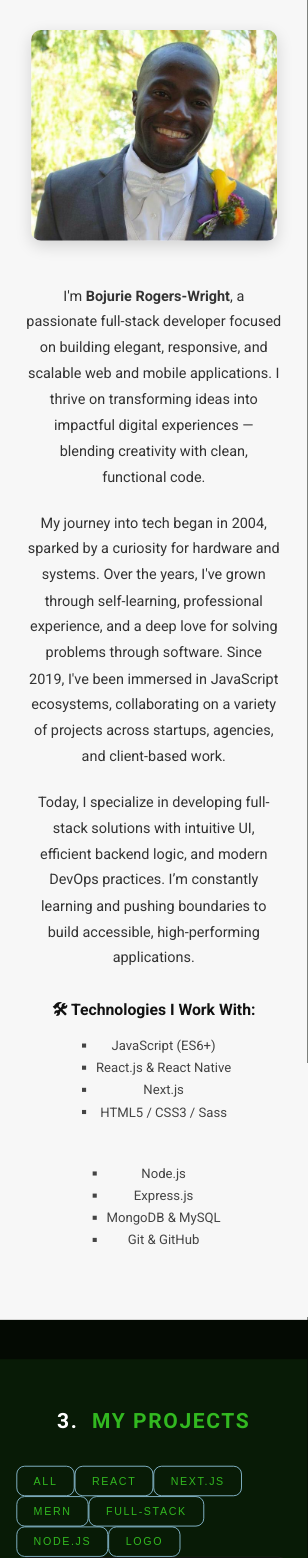
Repository: Bojurie/Portfolio_2022
Page: /
These files come from the project's save history. The page is drawn as it stood at one moment and after the next save; the edit follows.
The browser window is 375 px wide. The pictures show the part of the page from y = 563 to 2463 px (the page is 6346 px tall before and 6354 px after), at 82% of full size.
Pictures or frames that could not be fetched are drawn as grey boxes. The project was rebuilt for these pictures with package versions that can differ from the ones it lists, and the page was loaded fresh each time. Also part of the build but not shown: src/component/pages/Resume.css, src/component/pages/Resume.js. Imported but missing from the stored project, and not drawn on this page: src/component/Resume.pdf, src/component/images/video.mp4, src/component/videos/Screen Recording 2022-04-01 at 8.22.57 PM.mov, src/component/videos/Screen Recording 2022-04-01 at 8.23.25 PM.mov, src/component/videos/Screen Recording 2022-04-01 at 8.25.20 PM.mov, src/component/videos/Screen Recording 2022-04-01 at 8.27.28 PM.mov, src/component/videos/Screen Recording 2022-04-01 at 8.28.35 PM.mov, src/component/videos/Screen Recording 2022-04-01 at 8.30.37 PM.mov and 3 more.

Above is the page before, as saved 2025-04-21 04:08:30.

### public/index.html
<!DOCTYPE html>
<html lang="en">
  <head>
    <meta charset="utf-8" />
    <link rel="icon" href="%PUBLIC_URL%/favicon.ico" />
    <meta name="viewport" content="width=device-width, initial-scale=1" />
    <meta name="theme-color" content="#000000" />
    <meta
      name="description"
      content="Web site created using create-react-app"
    />
    <link rel="apple-touch-icon" href="%PUBLIC_URL%/logo192.png" />


    <link rel="manifest" href="%PUBLIC_URL%/manifest.json" />
    <!--
      Notice the use of %PUBLIC_URL% in the tags above.
      It will be replaced with the URL of the `public` folder during the build.
      Only files inside the `public` folder can be referenced from the HTML.

      Unlike "/favicon.ico" or "favicon.ico", "%PUBLIC_URL%/favicon.ico" will
      work correctly both with client-side routing and a non-root public URL.
      Learn how to configure a non-root public URL by running `npm run build`.
    -->
    <title>Bojurie Rogers-Wright | | Tech</title>
     <link rel="shortcut icon" href="%PUBLIC_URL%/favicon.ico">
    <link rel="apple-touch-icon" sizes="180x180" href="/apple-touch-icon.png">
    <link rel="icon" type="image/png" sizes="32x32" href="/favicon-32x32.png">
    <link rel="icon" type="image/png" sizes="16x16" href="/favicon-16x16.png">
    <link rel="manifest" href="/site.webmanifest">


    <link rel="preconnect" href="https://fonts.googleapis.com">
    <link rel="preconnect" href="https://fonts.gstatic.com" crossorigin>
    <link href="https://fonts.googleapis.com/css2?family=Montserrat:ital,wght@0,100;0,200;0,300;0,400;0,500;0,600;0,700;0,800;0,900;1,100;1,200;1,300;1,400;1,500;1,600;1,700;1,800;1,900&family=Roboto:ital,wght@0,300;0,400;0,500;0,700;1,300&display=swap" rel="stylesheet">
  </head>
  <body>
    <noscript>You need to enable JavaScript to run this app.</noscript>
    <div id="root"></div>

   <script>

   </script>
  </body>
</html>

### src/index.js
import React from 'react';
import ReactDOM from 'react-dom';
import App from './App'

ReactDOM.render(
  <React.StrictMode>
      <App />
  </React.StrictMode>,
  document.getElementById("root"))

### src/App.js
import React from "react";
import { BrowserRouter as Router, Routes, Route } from "react-router-dom";
import { AnimatePresence, motion } from "framer-motion";

import Home from "./component/pages/Home";
import About from "./component/pages/About";
import Project from "./component/pages/Project";
import Contact from "./component/pages/Contact";
import Resume from "./component/pages/Resume";
import Header from "./component/Header";
import Footer from "./component/pages/Footer";
import "./App.css";

const App = () => {
  return (
    <Router>
      <div className="app">
        <Header />
        <AnimatePresence mode="wait">
          <Routes>
            <Route
              path="/"
              element={
                <motion.div
                  initial={{ opacity: 0 }}
                  animate={{ opacity: 1 }}
                  exit={{ opacity: 0 }}
                >
                  <Home />
                </motion.div>
              }
            />
            <Route
              path="/about"
              element={
                <motion.div
                  initial={{ opacity: 0 }}
                  animate={{ opacity: 1 }}
                  exit={{ opacity: 0 }}
                >
                  <About />
                </motion.div>
              }
            />
            <Route
              path="/project"
              element={
                <motion.div
                  initial={{ opacity: 0 }}
                  animate={{ opacity: 1 }}
                  exit={{ opacity: 0 }}
                >
                  <Project />
                </motion.div>
              }
            />
            <Route
              path="/contact"
              element={
                <motion.div
                  initial={{ opacity: 0 }}
                  animate={{ opacity: 1 }}
                  exit={{ opacity: 0 }}
                >
                  <Contact />
                </motion.div>
              }
            />
            <Route
              path="/resume"
              element={
                <motion.div
                  initial={{ opacity: 0 }}
                  animate={{ opacity: 1 }}
                  exit={{ opacity: 0 }}
                >
                  <Resume />
                </motion.div>
              }
            />
          </Routes>
        </AnimatePresence>
        <Footer />
      </div>
    </Router>
  );
};

export default App;

### src/component/pages/Home.js
import React from "react";
import Hero from "../Hero";
import About from "./About";
import Project from "./Project";
import Contact from "./Contact";
import "./Home.css";

const Home = () => {
  return (
    <main className="home">
      <Hero />
      <About />
      <Project />
      <Contact />
    </main>
  );
};

export default Home;

### src/component/pages/About.js
import React from "react";
import "./About.css";
import image from "../images/IMG_0699-2.jpg";

const About = () => {
  return (
    <section className="about-section" id="about">
      <div className="about-container">
        <h2 className="about-title">
          <span className="highlighted">2.</span> About Me
        </h2>

        <div className="about-content">
          <div className="about-image">
            <img src={image} alt="Bojurie Rogers-Wright" />
          </div>

          <div className="about-text">
            <p>
              I'm <strong>Bojurie Rogers-Wright</strong>, a passionate
              full-stack developer focused on building elegant, responsive, and
              scalable web and mobile applications. I thrive on transforming
              ideas into impactful digital experiences — blending creativity
              with clean, functional code.
            </p>

            <p>
              My journey into tech began in 2004, sparked by a curiosity for
              hardware and systems. Over the years, I've grown through
              self-learning, professional experience, and a deep love for
              solving problems through software. Since 2019, I've been immersed
              in JavaScript ecosystems, collaborating on a variety of projects
              across startups, agencies, and client-based work.
            </p>

            <p>
              Today, I specialize in developing full-stack solutions with
              intuitive UI, efficient backend logic, and modern DevOps
              practices. I’m constantly learning and pushing boundaries to build
              accessible, high-performing applications.
            </p>

            <h3 className="skills-heading">🛠 Technologies I Work With:</h3>

            <div className="about-skills">
              <ul>
                <li>JavaScript (ES6+)</li>
                <li>React.js & React Native</li>
                <li>Next.js</li>
                <li>HTML5 / CSS3 / Sass</li>
              </ul>
              <ul>
                <li>Node.js</li>
                <li>Express.js</li>
                <li>MongoDB & MySQL</li>
                <li>Git & GitHub</li>
              </ul>
            </div>
          </div>
        </div>
      </div>
    </section>
  );
};

export default About;

### src/component/pages/Contact.js
import React, { useState, useRef } from "react";
import emailjs from "@emailjs/browser";
import Button from "../Button";
import "./Contact.css";

const Contact = () => {
  const form = useRef();
  const [submitted, setSubmitted] = useState(false);

  const sendEmail = (e) => {
    e.preventDefault();

    emailjs
      .sendForm(
        "service_sgy2c6a",
        "template_hlu2f0r",
        form.current,
        "user_ekwueKu8ixfoPD5a4qf2n"
      )
      .then(
        (result) => {
          console.log(result.text);
          setSubmitted(true);
        },
        (error) => {
          console.log(error.text);
        }
      );

    e.target.reset();
  };

  return (
    <section className="contact-section" id="contact">
      <div className="contact-container">
        <h2 className="contact-title">
          <span className="highlighted">4.</span> Contact
        </h2>

        <div className="contact-wrapper">
          <div className="contact-info">
            <h3>Let’s Talk</h3>
            <p>
              Have a question, collaboration idea, or just want to connect? Send
              me a message and I’ll get back to you as soon as I can.
            </p>
          </div>

          <form ref={form} onSubmit={sendEmail} className="contact-form">
            {submitted && (
              <p className="success-message">
                ✅ Message sent! Thanks for reaching out.
              </p>
            )}

            <div className="form-group">
              <label htmlFor="name">Your Name</label>
              <input type="text" name="name" id="name" required />
            </div>

            <div className="form-group">
              <label htmlFor="email">Email Address</label>
              <input type="email" name="email" id="email" required />
            </div>

            <div className="form-group">
              <label htmlFor="message">Your Message</label>
              <textarea
                name="message"
                id="message"
                rows="6"
                required
              ></textarea>
            </div>

            <Button type="submit">Send Message</Button>
          </form>
        </div>
      </div>
    </section>
  );
};

export default Contact;

### src/component/Header.js
import React from "react";
import Navbar from "./Navbar";
import "./Header.css";

const Header = () => {
  return (
    <header className="header">
      <Navbar />
    </header>
  );
};

export default Header;

### src/component/pages/Footer.js
import React from "react";
import SocialFollow from "../../SocialFollow";
import "./Footer.css";

const Footer = () => {
  const year = new Date().getFullYear();

  return (
    <footer className="footer">
      <div className="container">
        <div className="footer-wrapper">
          <SocialFollow />
          <p className="footer-copy">
            © {year} Bojurie Rogers-Wright. All Rights Reserved.
          </p>
        </div>
      </div>
    </footer>
  );
};

export default Footer;

### src/App.css
* {
  margin: 0;
  padding: 0;
  box-sizing: border-box;
}

body {
  font-family: 'Roboto', sans-serif;
  background-color: rgb(4, 10, 3);
}

.container {
  padding: 0 60px;
}

h1 {
  text-transform: uppercase;
  letter-spacing: 2px;
  font-size: 30px;
  text-align: center;
}

/* hr {
  width: 140px;
  background-color: black;
} */

.navBar {
  position: relative;
}

.navBar button {
  position: fixed;
  left: 40px;
  top: 40px;
  z-index: 10;
  cursor: pointer;
}

.menuNav {
  overflow-y: scroll;
  list-style: none;
  position: fixed;
  top: 0;
  background-image: linear-gradient(rgb(8, 27, 6), rgb(50, 185, 32));
  left: 0;
  bottom: 0;
  height: 100vh;
  width: 0;
  overflow: hidden;
  max-width: 290px;
  z-index: 9;
}

.menuNav.showMenu {
  width: 100%;
}

a {
  display: flex;
  padding: 30px;
  text-decoration: none;
  text-transform: uppercase;
  font-weight: bold;
}

.menuNav li:first-child {
  margin-top: 7rem;
}

@media screen and (max-width: 414px) {
  .container {
  padding: 0px;
}
}

### src/component/Hero.js
import React from "react";
import "./Hero.css";
import backgroundVideo from "./images/video.mp4";
import Button from "./Button";

const Hero = () => {
  return (
    <section className="hero-container">
      <div className="hero-overlay">
        <video autoPlay loop muted playsInline className="hero-video">
          <source src={backgroundVideo} type="video/mp4" />
          Your browser does not support the video tag.
        </video>
      </div>

      <div className="hero-content">
        <h3>Welcome to</h3>
        <h2>B-Wright Codes</h2>
        <p>
          Creating beautiful Web and Mobile applications with different
          functionalities while keeping the code clean.
        </p>
        <Button>View Code Work</Button>
      </div>
    </section>
  );
};

export default Hero;

### src/component/pages/Home.css
.home {
  scroll-behavior: smooth;
  /* background-color: #fff; */
  color: #000;
}



@media screen and (max-width: 768px) {
  section {
    margin-bottom: 3rem;
  }
}

### src/component/pages/About.css
.about-section {
  background-color: #f7f7f7;
  padding: 5rem 2rem;
}

.about-container {
  max-width: 1200px;
  margin: 0 auto;
}

.about-title {
  font-size: 2.5rem;
  font-weight: 700;
  margin-bottom: 3rem;
  text-align: left;
  color: #222;
}

.highlighted {
  color: #32b920;
  margin-right: 0.5rem;
}

.about-content {
  display: flex;
  align-items: flex-start;
  gap: 3rem;
  flex-wrap: wrap;
}

.about-image img {
  max-width: 300px;
  width: 100%;
  border-radius: 12px;
  object-fit: cover;
  box-shadow: 0 6px 20px rgba(0, 0, 0, 0.15);
}

.about-text {
  flex: 1;
  min-width: 280px;
}

.about-text p {
  font-size: 1.1rem;
  line-height: 1.8;
  margin-bottom: 1.5rem;
  color: #333;
}

.skills-heading {
  font-size: 1.2rem;
  margin-top: 2rem;
  font-weight: 600;
  color: #111;
}

.about-skills {
  display: flex;
  gap: 3rem;
  flex-wrap: wrap;
  margin-top: 1rem;
}

.about-skills ul {
  list-style-type: square;
  padding-left: 1.5rem;
}

.about-skills li {
  font-size: 1rem;
  margin-bottom: 0.5rem;
  color: #444;
}

/* Responsive */
@media screen and (max-width: 768px) {
  .about-content {
    flex-direction: column;
    align-items: center;
    text-align: center;
  }

  .about-title {
    text-align: center;
  }

  .about-skills {
    justify-content: center;
  }
}

### src/component/pages/Project.css
.project {
  padding: 100px 40px;
  background-color: #081b06;
  color: white;
}

.container {
  max-width: 1440px;
  margin: 0 auto;
}

.project-heading {
  font-size: 2.5rem;
  text-align: center;
  margin-bottom: 4rem;
  text-transform: uppercase;
  letter-spacing: 2px;
  color: #32b920;
}

.highlighted {
  color: white;
  margin-right: 0.5rem;
}

.project-grid {
  display: grid;
  grid-template-columns: repeat(auto-fit, minmax(320px, 1fr));
  gap: 2rem;
  padding: 0 20px;
}

.project-box {
  position: relative;
  width: 100%;
  aspect-ratio: 16 / 9;
  overflow: hidden;
  border-radius: 16px;
  background-color: #000;
  transition: transform 0.3s ease, box-shadow 0.3s ease;
  border: 1px solid rgba(255, 255, 255, 0.1);
  cursor: pointer;
}

.project-box:hover {
  transform: scale(1.03);
  box-shadow: 0 0 15px rgba(50, 185, 32, 0.2);
}

.project-video {
  width: 100%;
  height: 100%;
  object-fit: cover;
  display: block;
  border-radius: 16px;
  transition: filter 0.3s ease;
}

.project-box:hover .project-video {
  filter: brightness(1.05);
}

.project-label {
  position: absolute;
  bottom: 10px;
  left: 16px;
  background-color: rgba(0, 0, 0, 0.6);
  padding: 6px 12px;
  font-size: 1rem;
  font-weight: 500;
  color: #fff;
  border-radius: 8px;
  z-index: 2;
}

/* Tablet */
@media screen and (max-width: 992px) {
  .project-heading {
    font-size: 2rem;
  }

  .project-grid {
    gap: 1.5rem;
  }
}

/* Mobile */
@media screen and (max-width: 576px) {
  .project {
    padding: 60px 20px;
  }

  .project-heading {
    font-size: 1.6rem;
    margin-bottom: 2.5rem;
  }

  .project-grid {
    padding: 0;
  }

  .project-box {
    aspect-ratio: 4 / 3;
  }

  .project-label {
    font-size: 0.85rem;
    padding: 5px 10px;
  }
}

### src/component/Button.js
import React from 'react'
import './Button.css';

const Button = ({children,type, onClick}) => {
  return (
    <div className='button'>
        <button onClick={onClick} type={type}>
          {children}
        </button>
    </div>
  )
}

export default Button

### src/component/pages/Contact.css
.contact-section {
  background-color: #32b920;
  padding: 100px 20px;
  color: #fff;
}

.contact-container {
  max-width: 900px;
  margin: 0 auto;
}

.contact-title {
  font-size: 2.5rem;
  font-weight: 700;
  margin-bottom: 2rem;
  text-align: center;
}

.highlighted {
  color: #fff;
  margin-right: 0.5rem;
}

.contact-wrapper {
  display: flex;
  flex-direction: column;
  gap: 2rem;
  background: #fff;
  color: #000;
  padding: 2rem;
  border-radius: 12px;
  box-shadow: 0 6px 20px rgba(0, 0, 0, 0.15);
}

.contact-info h3 {
  font-size: 1.8rem;
  margin-bottom: 0.5rem;
}

.contact-info p {
  font-size: 1.1rem;
  line-height: 1.8;
}

.contact-form {
  display: flex;
  flex-direction: column;
  gap: 1.5rem;
}

.form-group {
  display: flex;
  flex-direction: column;
}

.form-group label {
  font-weight: 600;
  margin-bottom: 0.5rem;
}

.form-group input,
.form-group textarea {
  padding: 0.75rem 1rem;
  font-size: 1rem;
  border: 1px solid #ccc;
  border-radius: 6px;
  background-color: #f7f7f7;
  transition: border-color 0.3s ease;
}

.form-group input:focus,
.form-group textarea:focus {
  border-color: #32b920;
  outline: none;
  background-color: #fff;
}

.success-message {
  background-color: #eaffea;
  color: #2e7d32;
  padding: 1rem;
  border-left: 4px solid #2e7d32;
  border-radius: 6px;
  font-size: 1rem;
  font-weight: 500;
}

/* Responsive Styles */
@media screen and (max-width: 768px) {
  .contact-title {
    font-size: 2rem;
  }

  .contact-wrapper {
    padding: 1.5rem;
  }

  .contact-info h3 {
    font-size: 1.5rem;
  }
}

@media screen and (max-width: 480px) {
  .contact-wrapper {
    padding: 1rem;
  }

  .contact-title {
    font-size: 1.6rem;
  }

  .form-group input,
  .form-group textarea {
    font-size: 0.95rem;
  }
}

### src/component/Header.css
.header {
  width: 100%;
  background-color: #000;
  padding: 10px 0;
  z-index: 1000;
  position: relative;
}

### src/SocialFollow.js
import React from "react";
import { FontAwesomeIcon } from "@fortawesome/react-fontawesome";
import {
  faFacebook,
  faInstagram,
  faGithub,
  faLinkedinIn,
} from "@fortawesome/free-brands-svg-icons";
import "./SocialFollow.css";

const SocialFollow = () => {
  return (
    <div className="social-container">
      <h3>Connect with Me</h3>
      <a
        href="https://www.linkedin.com/in/bojurie-rogers-wright/"
        className="linkedin social"
        target="_blank"
        rel="noopener noreferrer"
      >
        <FontAwesomeIcon icon={faLinkedinIn} size="2x" />
      </a>
      <a
        href="https://www.facebook.com/bojurie.rogers/"
        className="facebook social"
        target="_blank"
        rel="noopener noreferrer"
      >
        <FontAwesomeIcon icon={faFacebook} size="2x" />
      </a>
      <a
        href="https://www.instagram.com/bwrightcodes/"
        className="instagram social"
        target="_blank"
        rel="noopener noreferrer"
      >
        <FontAwesomeIcon icon={faInstagram} size="2x" />
      </a>
      <a
        href="https://github.com/Bojurie"
        className="github social"
        target="_blank"
        rel="noopener noreferrer"
      >
        <FontAwesomeIcon icon={faGithub} size="2x" />
      </a>
    </div>
  );
};

export default SocialFollow;

### src/component/pages/Footer.css
.footer {
  background-color: rgba(18, 51, 15, 0.95);
  padding: 40px 20px;
  text-align: center;
  color: white;
  position: relative;
}

.footer-wrapper {
  display: flex;
  flex-direction: column;
  align-items: center;
  gap: 20px;
}

.footer-copy {
  font-size: 0.95rem;
  color: #ccc;
  margin-top: 10px;
}

/* Optional subtle border at the top */
.footer::before {
  content: "";
  display: block;
  height: 2px;
  width: 60px;
  background-color: #32b920;
  margin: 0 auto 20px;
}

/* Responsive */
@media screen and (max-width: 768px) {
  .footer-wrapper {
    gap: 15px;
  }

  .footer-copy {
    font-size: 0.85rem;
  }
}

### src/component/Hero.css
.hero-container {
  position: relative;
  width: 100%;
  /* height: 100vh; */
  display: flex;
  align-items: center;
  justify-content: center;
  overflow: hidden;
  color: white;
}

.hero-overlay {
  position: absolute;
  top: 0;
  left: 0;
  width: 100%;
  height: 100%;
  z-index: -1;
}

.hero-video {
  width: 100%;
  height: 100%;
  object-fit: cover;
  filter: brightness(0.5);
}

.hero-content {
  z-index: 1;
  max-width: 800px;
  padding: 2rem;
  text-align: center;
  background: rgba(0, 0, 0, 0.4);
  backdrop-filter: blur(6px);
  border-radius: 12px;
  animation: fadeIn 1.2s ease-in-out;
}

.hero-content h3 {
  font-size: 1.5rem;
  letter-spacing: 2px;
  margin-bottom: 0.5rem;
}

.hero-content h2 {
  font-size: 3rem;
  font-family: "Roboto", sans-serif;
  font-weight: 600;
  letter-spacing: 3px;
  margin-bottom: 1rem;
}

.hero-content p {
  font-size: 1.2rem;
  line-height: 1.6;
  margin-bottom: 2rem;
}

.hero-content button {
  padding: 0.8rem 2rem;
  font-size: 1rem;
  background-color: #32b920;
  color: white;
  border: none;
  border-radius: 6px;
  cursor: pointer;
  transition: all 0.3s ease;
}

.hero-content button:hover {
  background-color: #2a9f1a;
  transform: scale(1.05);
}

/* Animations */
@keyframes fadeIn {
  0% {
    opacity: 0;
    transform: translateY(30px);
  }
  100% {
    opacity: 1;
    transform: translateY(0);
  }
}

/* Tablet */
@media screen and (max-width: 768px) {
  .hero-content h2 {
    font-size: 2.2rem;
  }

  .hero-content p {
    font-size: 1.1rem;
  }

  .hero-content {
    padding: 1.5rem;
  }
}

/* Mobile */
@media screen and (max-width: 480px) {
  .hero-content h2 {
    font-size: 1.6rem;
  }

  .hero-content h3 {
    font-size: 1rem;
  }

  .hero-content p {
    font-size: 1rem;
  }

  .hero-content {
    width: 90%;
    padding: 1rem;
  }
}

### src/component/Button.css
button {
  padding: 15px 40px;
  font-size: 15px;
  border-radius: 10px;
  background-color: rgb(8, 27, 6);
  color: rgb(50, 185, 32);
  letter-spacing: 2px;
  text-transform: uppercase;
  border: 1px solid rgb(152, 207, 233);
}


@media screen and (max-width: 414px) {
  button {
    padding: 10px 20px;
    font-size: 13px;
  }
}

### src/component/Navbar.css
.Navbar {
  display: flex;
  justify-content: space-between;
  align-items: center;
  padding: 0 2rem;
  height: 100px;
  color: white;
  position: relative;
  background-color: #000;
}

.logo a {
  color: white;
  text-decoration: none;
  font-size: 1.8rem;
  font-weight: bold;
}

.menu-toggle {
  background: none;
  border: none;
  color: white;
  font-size: 2rem;
  cursor: pointer;
  display: none;
}

/* Desktop Menu */
.nav-links-desktop {
  display: flex;
  gap: 2rem;
  list-style: none;
}

.nav-links-desktop li a {
  text-decoration: none;
  color: white;
  font-weight: 600;
  font-size: 1rem;
  transition: color 0.3s ease;
}

.nav-links-desktop li a:hover {
  color: #32b920;
}

.resume a {
  border: 1px solid white;
  padding: 6px 12px;
  border-radius: 4px;
}

/* Mobile Menu */
.nav-links-mobile {
  list-style: none;
  display: flex;
  flex-direction: column;
  position: absolute;
  top: 100px;
  left: 0;
  width: 100%;
  background-color: #000;
  overflow: hidden;
  z-index: 10;
  padding: 1rem 0;
}

.nav-links-mobile li {
  padding: 1rem;
  text-align: center;
}

.nav-links-mobile li a {
  color: white;
  text-decoration: none;
  font-size: 1.2rem;
  font-weight: 500;
}

.nav-links-mobile li a:hover {
  color: #32b920;
}

/* Show Toggle & Hide Desktop Links on Mobile */
@media screen and (max-width: 768px) {
  .menu-toggle {
    display: block;
  }

  .nav-links-desktop {
    display: none;
  }
}

### src/SocialFollow.css
.social-container {
  padding: 10px 0;
}

.social-container h3 {
  margin-bottom: 10px;
  font-size: 1.2rem;
  color: #32b920;
}

a.social {
  margin: 0 0.75rem;
  transition: transform 250ms ease, color 250ms ease;
  display: inline-block;
  color: #32b920;
}

a.social:hover {
  transform: translateY(-4px);
  color: white;
}

@media screen and (max-width: 414px) {
  .social-container h3 {
    font-size: 1rem;
  }

  a.social {
    margin: 0 0.5rem;
  }
}

Loaded but not shown: src/component/pages/Project.js (107 lines, source omitted); src/component/Navbar.js (93 lines, source omitted)

After the next save:
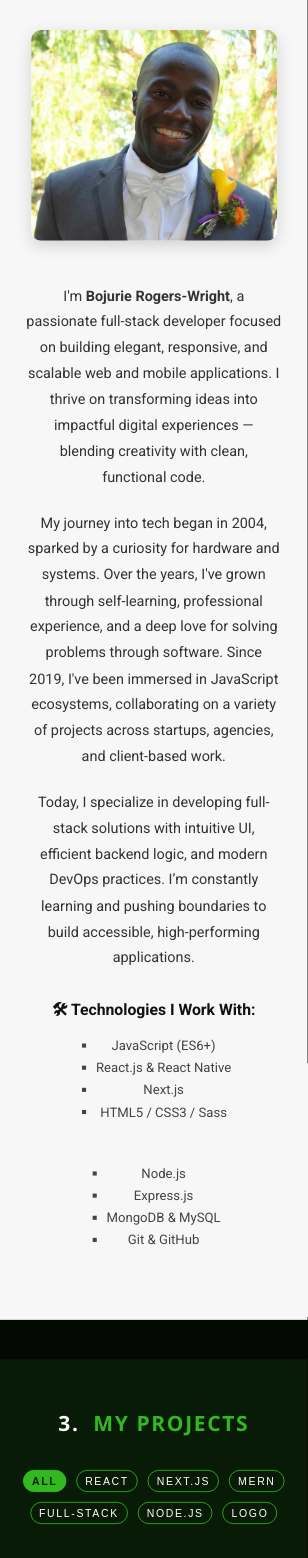
Saved 19 h 17 min later.
--- a/src/component/pages/Project.css
+++ b/src/component/pages/Project.css
@@ -2,6 +2,7 @@
   padding: 100px 40px;
   background-color: #081b06;
   color: white;
+  font-family: 'Segoe UI', Tahoma, Geneva, Verdana, sans-serif;
 }
 
 .container {
@@ -12,7 +13,7 @@
 .project-heading {
   font-size: 2.5rem;
   text-align: center;
-  margin-bottom: 4rem;
+  margin-bottom: 2rem;
   text-transform: uppercase;
   letter-spacing: 2px;
   color: #32b920;
@@ -21,6 +22,32 @@
 .highlighted {
   color: white;
   margin-right: 0.5rem;
+}
+
+.project-tabs {
+  display: flex;
+  justify-content: center;
+  flex-wrap: wrap;
+  gap: 12px;
+  margin-bottom: 3rem;
+}
+
+.tab-button {
+  background-color: transparent;
+  border: 1px solid #32b920;
+  color: white;
+  padding: 8px 16px;
+  border-radius: 20px;
+  font-weight: 500;
+  cursor: pointer;
+  transition: all 0.3s ease;
+}
+
+.tab-button.active,
+.tab-button:hover {
+  background-color: #32b920;
+  color: #081b06;
+  font-weight: 600;
 }
 
 .project-grid {
@@ -44,7 +71,7 @@
 
 .project-box:hover {
   transform: scale(1.03);
-  box-shadow: 0 0 15px rgba(50, 185, 32, 0.2);
+  box-shadow: 0 0 20px rgba(50, 185, 32, 0.3);
 }
 
 .project-video {
@@ -82,6 +109,11 @@
   .project-grid {
     gap: 1.5rem;
   }
+
+  .tab-button {
+    padding: 6px 12px;
+    font-size: 0.9rem;
+  }
 }
 
 /* Mobile */
@@ -107,4 +139,9 @@
     font-size: 0.85rem;
     padding: 5px 10px;
   }
+
+  .tab-button {
+    font-size: 0.8rem;
+    padding: 5px 10px;
+  }
 }
